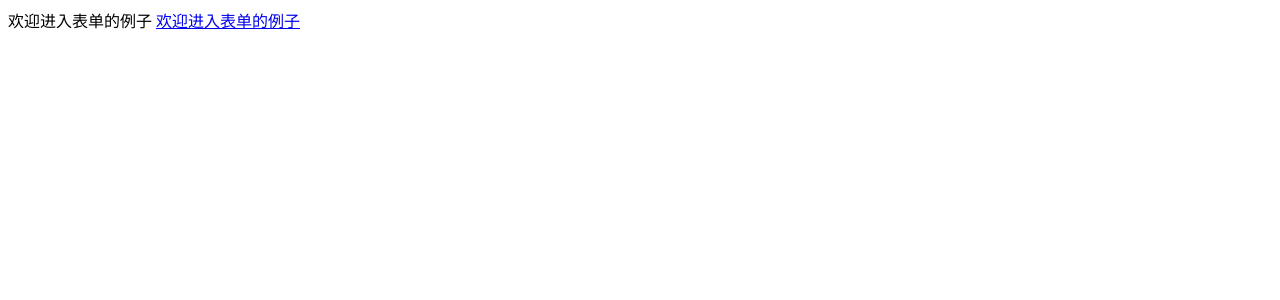
Repository: yanbin0061/JAVA
Page: http://localhost/struts_checkbox/
The author's editor kept a copy of each file at every save. The page is drawn from the files as they stood at one save, then again after the next save.
The browser window is 1280 px wide. The pictures show the whole page.
The page is served by Tomcat 9.

Above is the page before, as saved 2017-04-12 07:09:09.

After the next save:
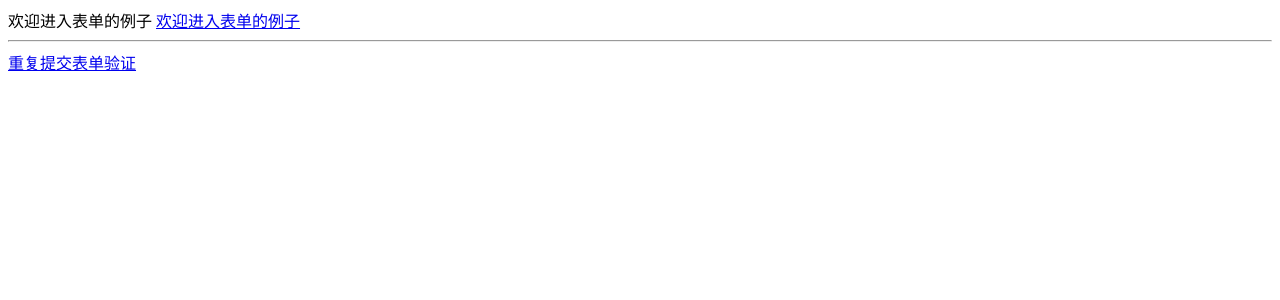
Saved 4 min 24 s later.
--- a/taotaoProgram/javaTest/struts_checkbox/WebContent/index.jsp
+++ b/taotaoProgram/javaTest/struts_checkbox/WebContent/index.jsp
@@ -7,6 +7,8 @@
 </head>
 <body>
            欢迎进入表单的例子
-    <a href="${pageContext.request.contextPath}/customerbox.jsp"> 欢迎进入表单的例子</a>
+    <a href="${pageContext.request.contextPath}/customerbox.jsp"> 欢迎进入表单的例子</a><hr>
+    <a href="${pageContext.request.contextPath}/login.jsp">重复提交表单验证</a>
+
 </body>
 </html>
